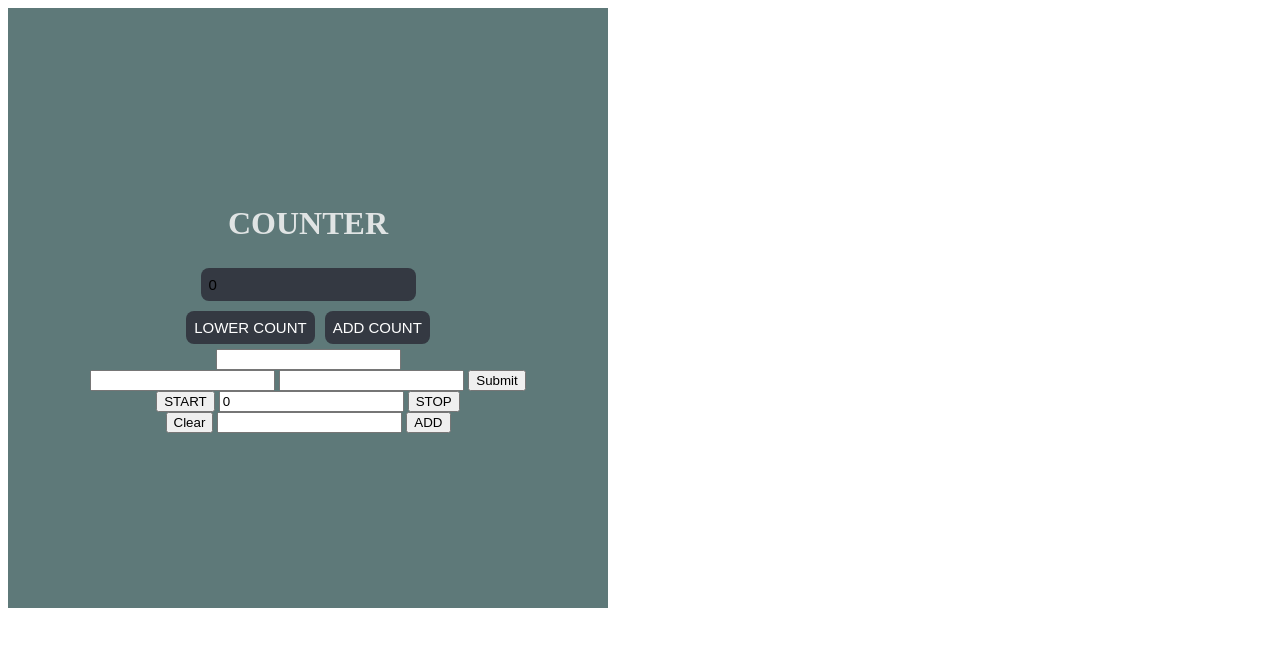
Repository: sedashahnazaryan/Caunter
Page: index.html
These files come from the project's save history. The page is drawn as it stood at one moment and after the next save; the edit follows.
The browser window is 1280 px wide. The pictures show the whole page.

Above is the page before, as saved 2022-02-15 01:33:38.

### index.html
<!DOCTYPE html>
<html lang="en">
<head>
    <meta charset="UTF-8">
    <meta http-equiv="X-UA-Compatible" content="IE=edge">
    <meta name="viewport" content="width=device-width, initial-scale=1.0">
    <title>Caunter</title>
    <link rel="stylesheet" href="./index.css">
</head>

<body>
    <div class="container">

        <h1 class="counter">COUNTER</h1>
    <input class="item1"id="input" type="text" value="0">
    <div class="btn-item">
        <button id="lower" onclick="">LOWER COUNT </button>
        <button id ="add">ADD COUNT</button>
    </div>

    <input id ="result" type="text">
    <div class="add-item">
        <input id="num1" type="text">
        <input id="num2" type="text">
        <button id="submit">Submit</button>
    </div>

    <div class="item1">
        <button id ="start">START</button>
         <input id ="interval"value=0 type="text">
          <button id ="stop">STOP</button>
    </div>
    <div class="item2">
        <button id ="adding">Clear</button>
        <input id="result-fibo" type="text">
        <button id="add-fibo">ADD</button>
    </div>
</div>

   <script src="./index.js"></script>
</body>
</html>

### index.css




.container{
  display: flex;
  height: 600px;
  width: 600px;
  justify-content: center;
  align-items: center;
  background-color: rgb(94, 121, 121);
  flex-direction: column;
}

.counter{
color: rgba(243, 243, 243, 0.87);

}



.btn-item{
    display: flex;
    justify-content: center;

}
#add,#lower {
    background-color: #343942;
    color: white;
    padding: 8px;
    border-radius: 8px;
    border: none;
    font-size: 15px;
    margin: 5px;
    cursor: pointer;

}
/* #lower {
    background-color: #498AFB;
    color: white;
    padding: 8px;
    border-radius: 8px;
    border: none;
    font-size: 15px;
    cursor: pointer; */

           #input{
        background-color: #343942;
        /* color: white; */
        padding: 8px;
        border-radius: 8px;
        border: none;
        font-size: 15px;
        margin: 5px;
        cursor: pointer;
    }
    #result{

    }

### index.js
let counterDisplayElem = document.getElementById('input');
let counterMinusElem = document.getElementById('lower');
let counterPlusElem = document.getElementById('add');
let result=document.getElementById('result');
let num1 =document.getElementById('num1');
let num2 =document.getElementById('num2');
let submit=document.getElementById('submit');
let number = 0;



counterPlusElem.addEventListener("click",()=>{
    counterDisplayElem.value++;
}) ;

counterMinusElem.addEventListener("click",()=>{
    counterDisplayElem.value--;
});

function curry(a){
    return function(b){
       return a+b;
    }

};
submit.addEventListener('click',()=>{
result.value=curry(+num1.value)(+num2.value);

});
function fibonacci(num){
    if(num<=1){
        return num;

    }
      return fibonacci(num-1)+fibonacci(num-2);
    //   0,1,1,2,3,5,8,13,21-8րդ թիվն է
}
document.getElementById("add-fibo").addEventListener('click',()=>{
    document.getElementById('result-fibo').value+=fibonacci(number);
    number++;


    })

    document.getElementById("adding").addEventListener("click", ()=>{
        document.getElementById("result-fibo").value = "";
        number=0;
      });

      let interval;
      function starting(){
      interval=setInterval(() => {
          document.getElementById('interval').value++;

      }, 500)};

      function off(){
        clearInterval(interval);
        document.getElementById('interval').value="";

      }
      document.getElementById('start').addEventListener('click',starting)


      document.getElementById('stop').addEventListener('click',off);

After the next save:
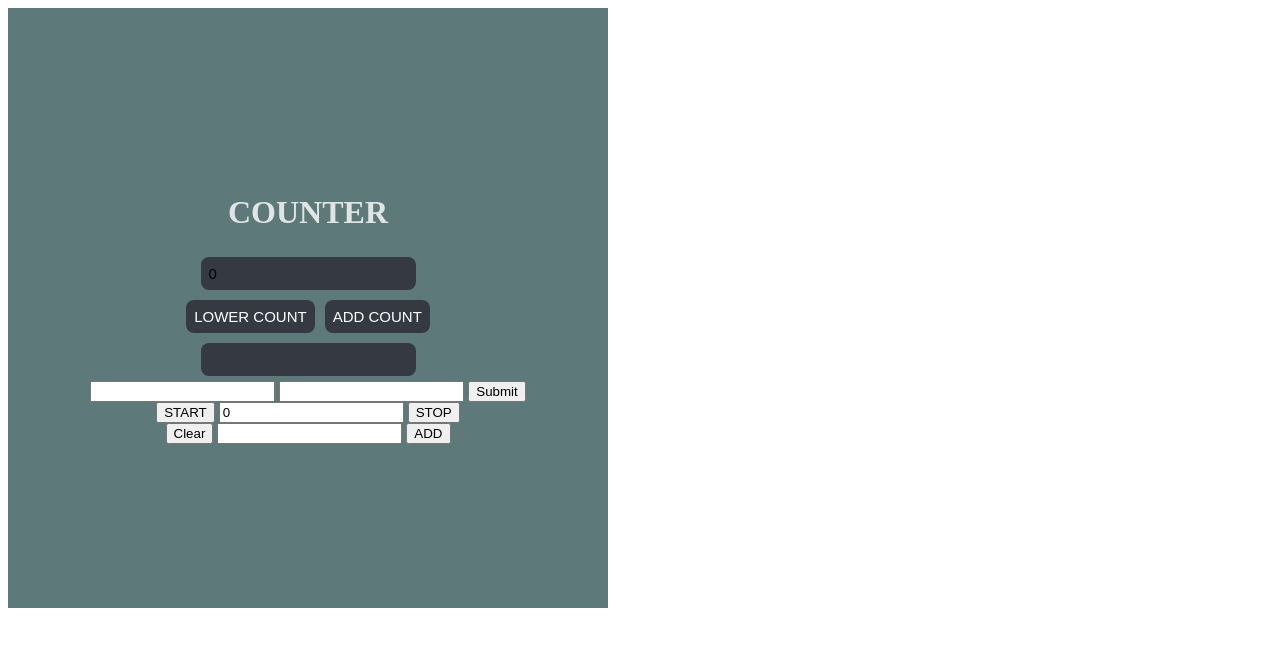
Saved 21 s later.
--- a/index.css
+++ b/index.css
@@ -55,5 +55,12 @@ color: rgba(243, 243, 243, 0.87);
         cursor: pointer;
     }
     #result{
-
+        background-color: #343942;
+        /* color: white; */
+        padding: 8px;
+        border-radius: 8px;
+        border: none;
+        font-size: 15px;
+        margin: 5px;
+        cursor: pointer;
     }
